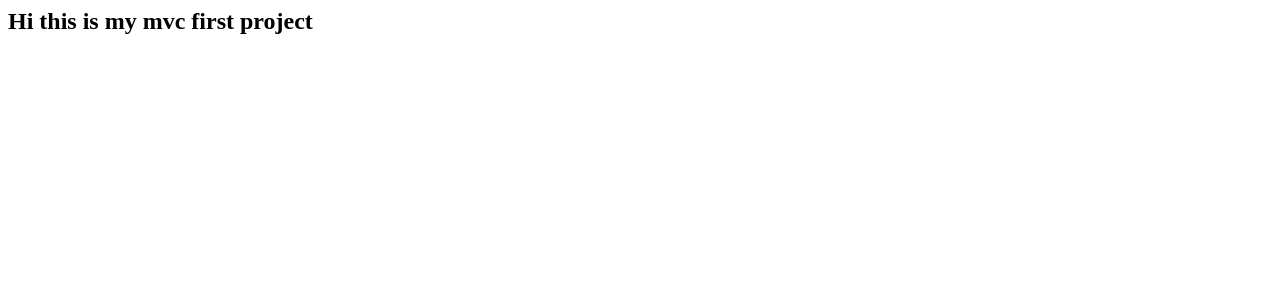
Repository: ankitajoshi060/Spring-MVC
Page: http://localhost/SpringMvcXmlConfiguration/
An editor plug-in stored every save of this project. The page is shown before and after the next save, followed by the edit.
The browser window is 1280 px wide. The pictures show the whole page.
The page is served by Tomcat 9. Other server files are loaded and not shown.

Above is the page before, as saved 2024-01-21 08:26:08.

### SpringMvcXmlConfiguration/src/main/webapp/index.jsp
<html>
<body>
<h2>Hi this is my mvc first project</h2>
</body>
</html>

After the next save:
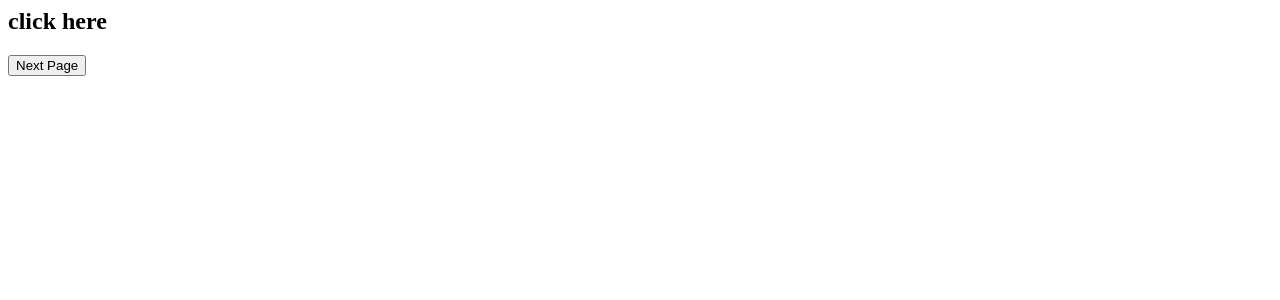
Saved 85 s later.
--- a/SpringMvcXmlConfiguration/src/main/webapp/index.jsp
+++ b/SpringMvcXmlConfiguration/src/main/webapp/index.jsp
@@ -1,5 +1,9 @@
 <html>
 <body>
-<h2>Hi this is my mvc first project</h2>
+
+<h2>click here</h2>
+<form action="/click">
+<input type="submit" value="Next Page">
+</form>
 </body>
 </html>
